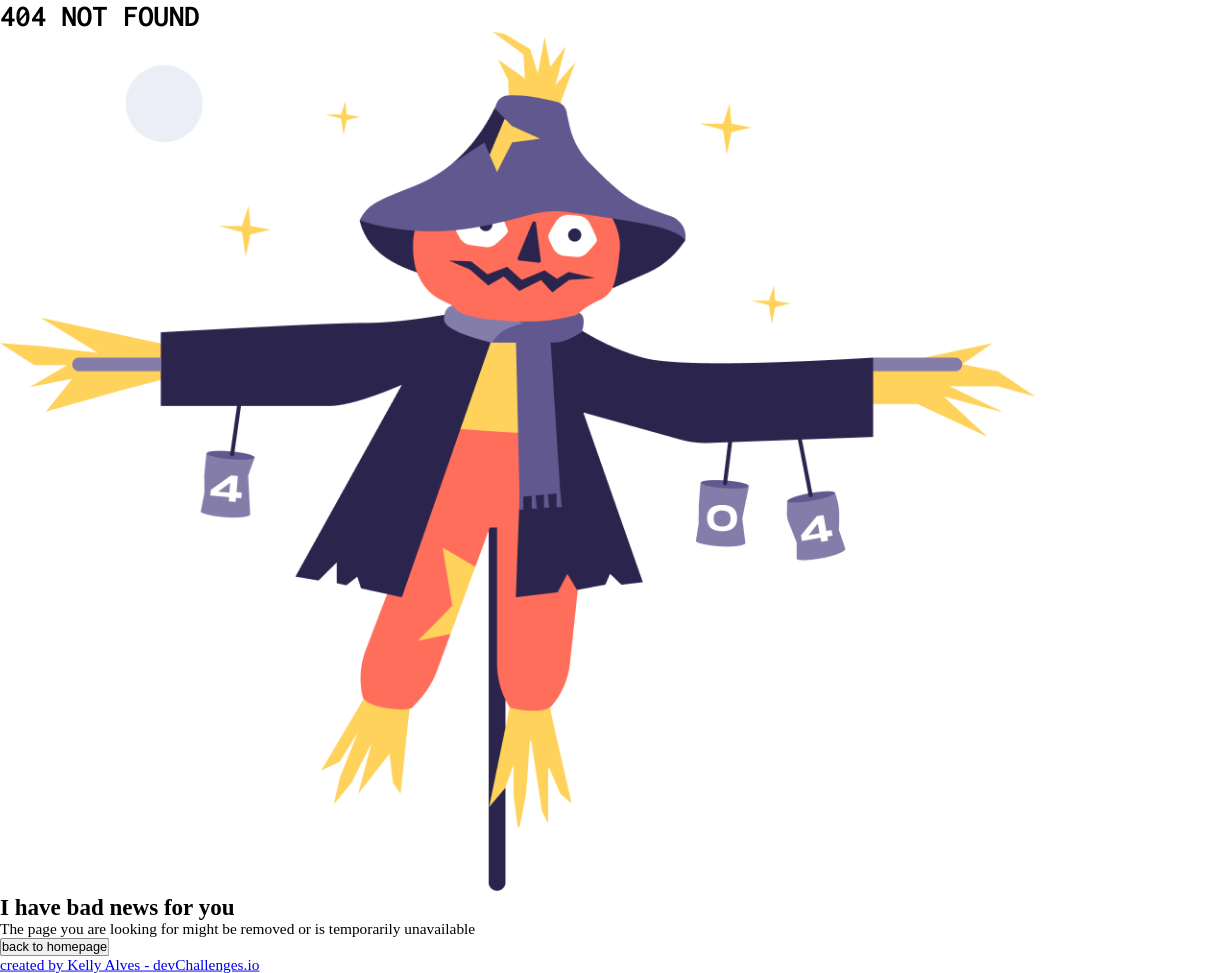
Repository: kellyalves87/404_not_found
Page: index.html
An editor plug-in stored every save of this project. The page is shown before and after the next save, followed by the edit.
The browser window is 1280 px wide. The pictures show the whole page, at 96% of full size.

Above is the page before, as saved 2021-05-16 16:09:50.

After the next save:
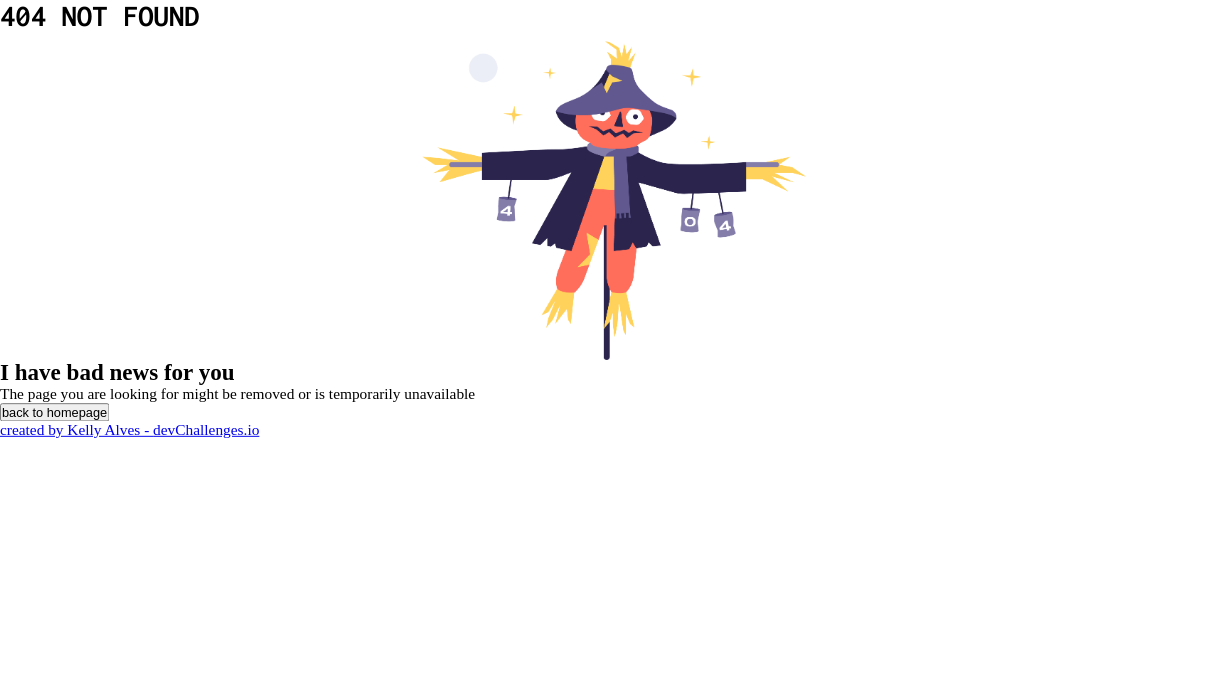
Saved 25 s later.
--- a/style/index.css
+++ b/style/index.css
@@ -77,3 +77,10 @@
     font-weight: bold;
     text-transform: uppercase;
   }
+
+  .content img {
+    padding-top: 10px;
+    display: flex;
+    margin: auto;
+    width: 400px;
+  }
